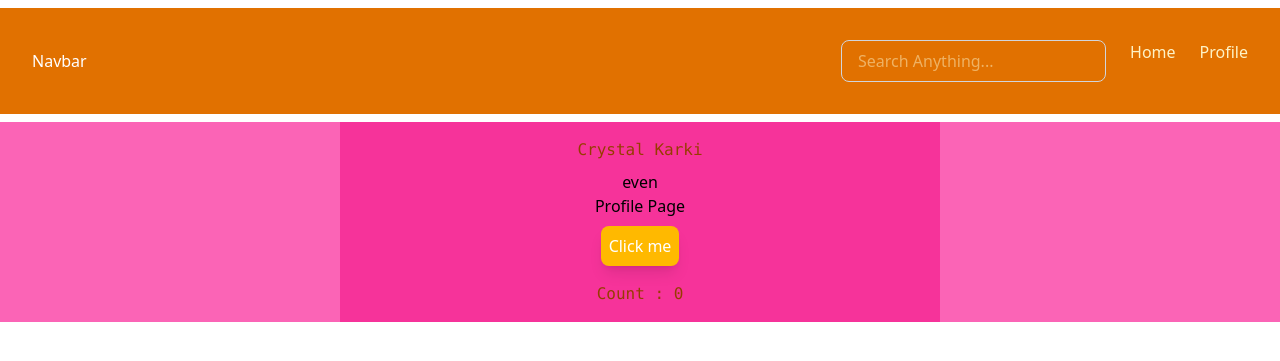
Repository: samit2059/CollegeReact
Page: / (app in react/collegereact/)
The author's editor kept a copy of each file at every save. The page is drawn from the files as they stood at one save, then again after the next save.
The browser window is 1280 px wide. The pictures show the whole page.
The project was rebuilt for these pictures with package versions that can differ from the ones it lists, and the page was loaded fresh each time. Also part of the build but not shown: react/collegereact/vite.config.js, react/collegereact/src/App.jsx, react/collegereact/src/navbar.jsx, react/collegereact/src/Props Example/First.jsx, react/collegereact/src/Props Example/Second.jsx.

Above is the page before, as saved 2026-01-21 11:16:18.

### react/collegereact/index.html
<!doctype html>
<html lang="en">
  <head>
    <meta charset="UTF-8" />
    <link rel="icon" type="image/svg+xml" href="/vite.svg" />
    <meta name="viewport" content="width=device-width, initial-scale=1.0" />
    <title>collegereact</title>
  </head>
  <body>
    <div id="root"></div>
    <script type="module" src="/src/main.jsx"></script>
  </body>
</html>

### react/collegereact/src/main.jsx
import { StrictMode } from "react";
import { createRoot } from "react-dom/client";
import "./index.css";
import App from "./App.jsx";
import Navbar from "./navbar.jsx";
import Nav1 from "./nav1.jsx";
import First from "./Props Example/First.jsx";
// import Profile from "./profile.jsx";
import Profile from "./StateExamples/profile.jsx";
import Second from "./Props Example/Second.jsx";
// import Home from './Home.jsx'
// import { Second } from './Home.jsx'

// let myObj = {
//   address: "ktm",
//   age: 23,
//   fullName: "rams"
// }
// let profile = {
//   username:"Samit Shrestha",
//   email:"shrestha@gmail.com",
//   age:18,
//   address:"Bhaktapur",
// };
createRoot(document.getElementById("root")).render(
  <StrictMode>
    {/* <Navbar /> */}
    <Nav1 />
    {/* <First address={"BKT"} age={33} fullName="motorcycle" /> */}
    {/* <First {...myObj} /> */}
    <Profile gretting="Crystal Karki "/>
    {/* <App /> */}
    {/* <Second /> */}
    {/* <Home />   */}
  </StrictMode>
);

### react/collegereact/src/index.css
@import "tailwindcss";

/* in index.css (after tailwind layers) */
/* .tw-root .btn {
  @apply px-4 py-2 bg-blue-500 text-white rounded;
} */

### react/collegereact/src/nav1.jsx
import React from 'react';
import './navbar.css'

const Nav1 = () => {
  let handleProfile = (e) => {
    e.target.style.color = "red";
    e.target.style.backgroundColor = "black"
    console.log("profile clicked");
    console.log(e.target.style);
    /*
    let event ={
     target:{
        value:"Profile",
        style:{
            color:"red",
            backgroundColor:"black"
        }
     }
    } */
  }
  let handleChangeOnsearch = (e) => {
    console.log(e.target.value);
    // e.target.style.backgroundColor = "black"
    e.target.style.color = "red"
    let l = e.target.value;
    console.log(l.length);
    let random1 = Math.floor(Math.random() * 255);
    let random2 = Math.floor(Math.random() * 255);
    let random3 = Math.floor(Math.random() * 255);

    e.target.style.backgroundColor = `rgb(${random1}, ${random2}, ${random3})`
    console.log(random1);
    console.log(random2);
    console.log(random3);
  }
  return (
    <div className=' !p-8 !my-2 flex bg-amber-600 text-amber-100 justify-between items-center'>
      <h1 className='navelement'>Navbar</h1>
      <div className='menus flex gap-6'>
        <div className='max-w-md mx-auto '>
            <input placeholder='Search Anything...' onChange={handleChangeOnsearch} className='w-full px-4 py-2 border border-gray-300 rounded-lg focus:ring-2 focus:ring-blue-500 focus:border-transparent outline-none transition-all'/>
        </div>
        <h4 onClick={(e) => {
          console.log("home clicked");
          console.log(e.target);

        }}>Home</h4>
        <h4 onClick={handleProfile}>Profile</h4>
      </div>
    </div>
  )
}

export default Nav1

### react/collegereact/src/StateExamples/profile.jsx
import { useState } from "react"

let Profile = ({gretting}) =>{
    const [count, setCount] = useState(0);
    return (
        <div className="items-center justify-center bg-pink-400 text-center flex">
        <div className="p-2 bg-pink-500 w-[600px] items-center justify-center">
            <p className="p-2 text-amber-800 font-mono ">{gretting}</p>
            {count%2 == 0 ? <h2>even</h2> : <h2>ODD</h2>}
            <h1>Profile Page</h1>
            <button onClick={() => setCount(count+1)} className="p-2 m-2 bg-amber-400 font-medium rounded-lg shadow-lg text-white">Click me</button>
            <p className="p-2 text-amber-800 font-mono ">Count : {count}</p>
        </div>
        </div>
    )
}

export default Profile

### react/collegereact/src/navbar.css


.navelement {
    color: white;
}

.navelement:hover {
    color: aliceblue;
}

.navbar {
    /* padding: 30px 20px; */
}

After the next save:
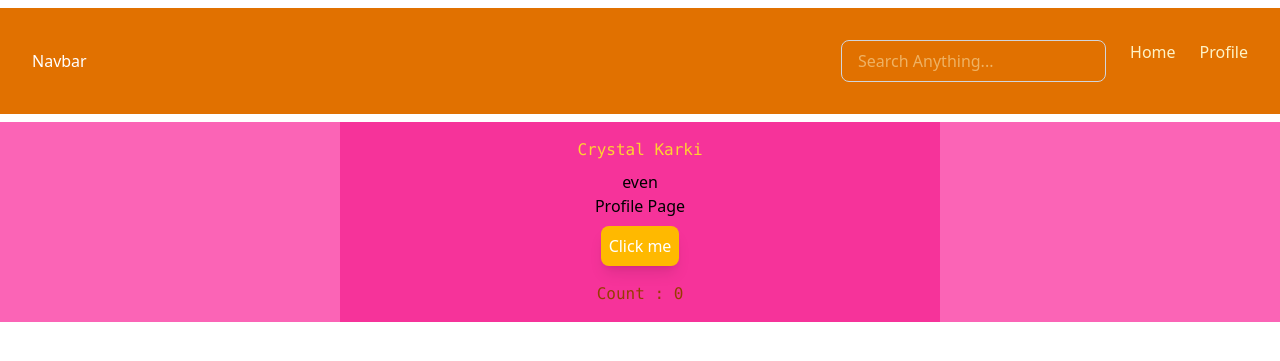
Saved 42 s later.
--- a/react/collegereact/src/StateExamples/profile.jsx
+++ b/react/collegereact/src/StateExamples/profile.jsx
@@ -5,7 +5,7 @@ let Profile = ({gretting}) =>{
     return (
         <div className="items-center justify-center bg-pink-400 text-center flex">
         <div className="p-2 bg-pink-500 w-[600px] items-center justify-center">
-            <p className="p-2 text-amber-800 font-mono ">{gretting}</p>
+            <p className="p-2 text-amber-300 font-mono ">{gretting}</p>
             {count%2 == 0 ? <h2>even</h2> : <h2>ODD</h2>}
             <h1>Profile Page</h1>
             <button onClick={() => setCount(count+1)} className="p-2 m-2 bg-amber-400 font-medium rounded-lg shadow-lg text-white">Click me</button>
